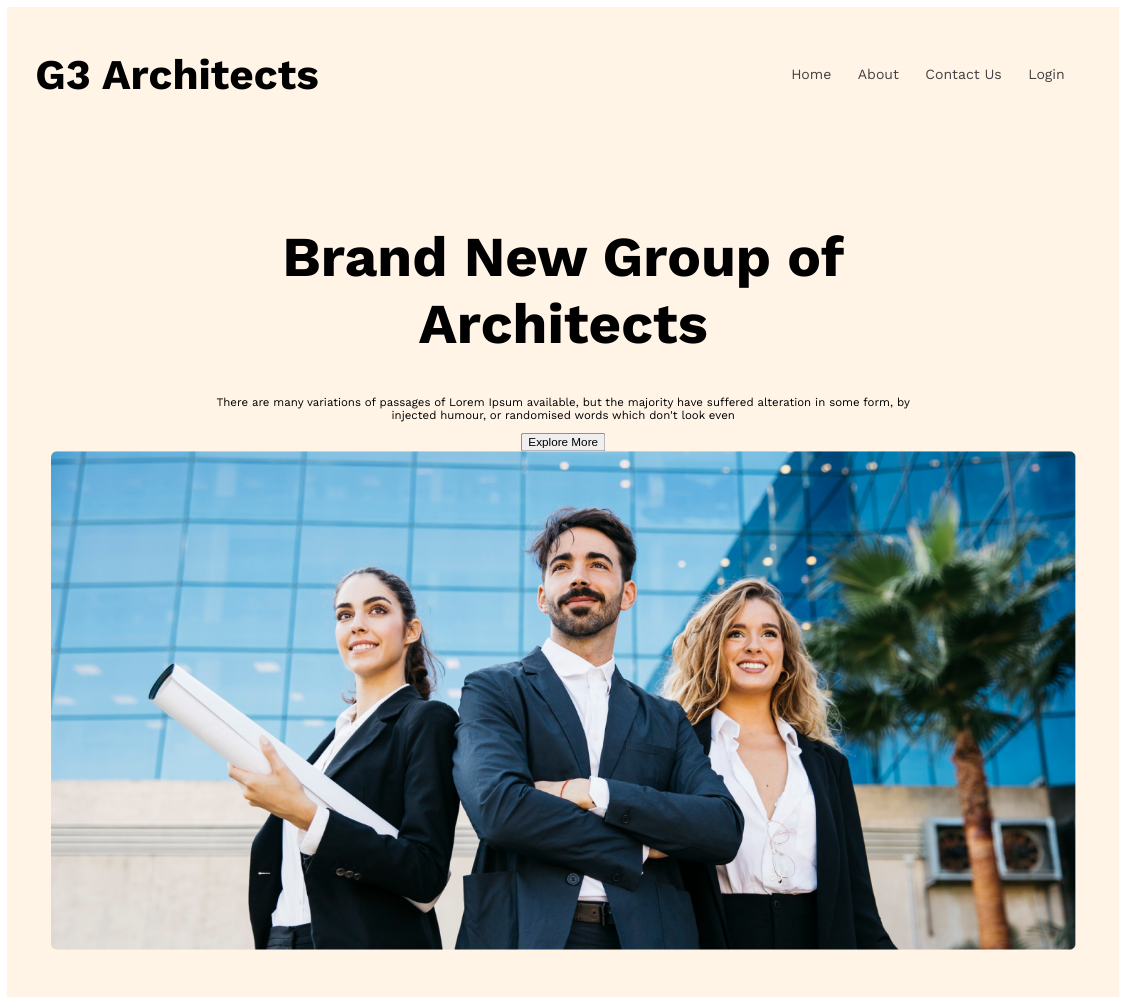
Repository: dollyrakhe22/g3-architects-website
Page: index.html
An editor plug-in stored every save of this project. The page is shown before and after the next save, followed by the edit.
The browser window is 1280 px wide. The pictures show the whole page, at 88% of full size.

Above is the page before, as saved 2025-07-20 16:09:29.

### index.html
<!DOCTYPE html>
<html lang="en">
<head>
    <meta charset="UTF-8">
    <meta name="viewport" content="width=device-width, initial-scale=1.0">
    <title>Architects Website</title>
    <link rel="stylesheet" href="style.css">
</head>
<body class="work-sans-font">
   <header>
     <header class="bg-light">
           <nav class="navbar  display-flex">
             <h3 class="brand">G3 Architects</h3>
             <ul class="nav-links display-flex">
              <li class="nav-item"><a href="" class="nav-link text-gray ">Home</a></li>
              <li class="nav-item"><a href="" class="nav-link text-gray ">About</a></li>
              <li class="nav-item"><a href="" class="nav-link text-gray ">Contact Us</a></li>
              <li class="nav-item"><a href="" class="nav-link text-gray ">Login</a></li>
             </ul>
           </nav>
           <div class="banner">
          <div class="banner-content">
              <h1 class="banner-title">Brand New Group of Architects </h1>
              <p class="banner-description">There are many variations of passages of Lorem Ipsum available, but the majority have suffered alteration in some form, by injected humour,
              or randomised words which don't look even</p>
            <button>Explore More</button>
          </div>
            <img class="banner-img" src="images/banner.png" alt="" srcset="">
           </div>
    </header>
   </header>


   <main>
   </main>
    <footer>

    </footer>
</body>
</html>

### style.css
@import url('https://fonts.googleapis.com/css2?family=Work+Sans:ital,wght@0,100..900;1,100..900&display=swap');

.work-sans-font {
  font-family: "Work Sans", sans-serif;
  font-optical-sizing: auto;
  font-weight: 400px;
  font-style: normal;
}
/*shared styles*/
.display-flex{
  display: flex;
}
/*dark 02*/
.text-gray{
  color: #424242;
}
/*dark 03*/
.text-light-gray{
  color:#727272;
}
.navbar{
  justify-content: space-between;
  align-items: center;
}
.bg-light{
  background-color: rgba(255, 144, 14, 0.1);
}
.brand{
  font-weight: 700;
  font-size: 3rem;
}
/*header styles*/


/*navbar related styles*/
.navbar{
  display: flex;
}
.nav-item{
  list-style: none;
  margin-right: 30px;
}
.nav-link{
  text-decoration: none;
  font-size: 500;
}
.navbar,.banner {
  max-width: 1200px;
  margin: 0 auto;

}


/*banner related styles*/
.banner-content{
  max-width: 800px;
  margin: 0 auto;
  text-align: center;
}
.banner{
  padding: 50px;

}
.banner-img{
  width: 100%;
}
.banner-title{
  font-weight: 700;
  font-size: 4rem;
}
.banner-description{
  font-size: 13px;


}

After the next save:
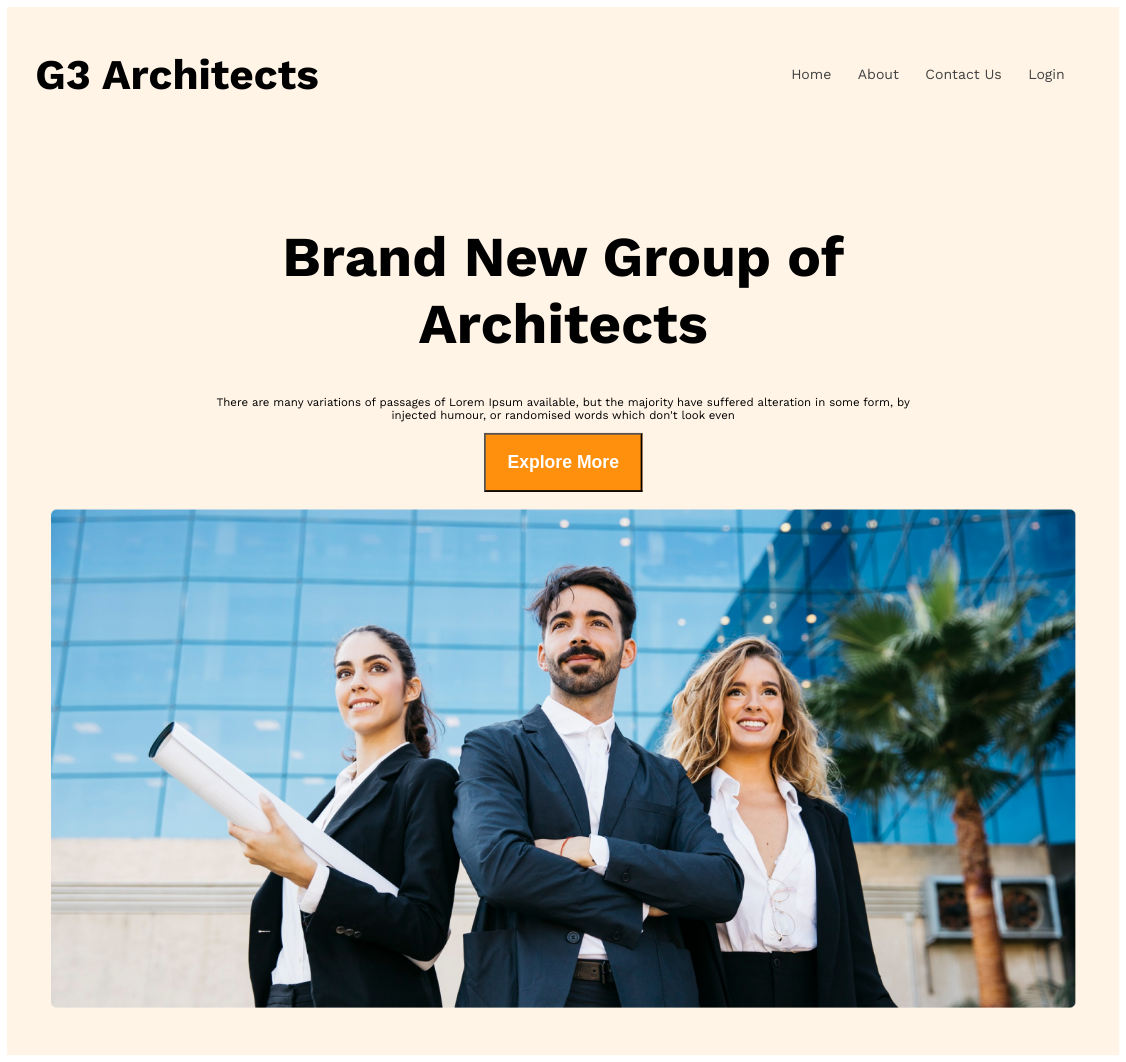
Saved 66 min 14 s later.
--- a/index.html
+++ b/index.html
@@ -23,7 +23,7 @@
               <h1 class="banner-title">Brand New Group of Architects </h1>
               <p class="banner-description">There are many variations of passages of Lorem Ipsum available, but the majority have suffered alteration in some form, by injected humour,
               or randomised words which don't look even</p>
-            <button>Explore More</button>
+            <button class="btn-primary">Explore More</button>
           </div>
             <img class="banner-img" src="images/banner.png" alt="" srcset="">
            </div>
--- a/style.css
+++ b/style.css
@@ -73,3 +73,11 @@
 
 
 }
+.btn-primary{
+  background-color: #FF900E;
+  color: white;
+  padding: 20px 25px;
+  font-size: 1.25rem;
+  font-weight: 600;
+  margin-bottom: 20px;
+}
